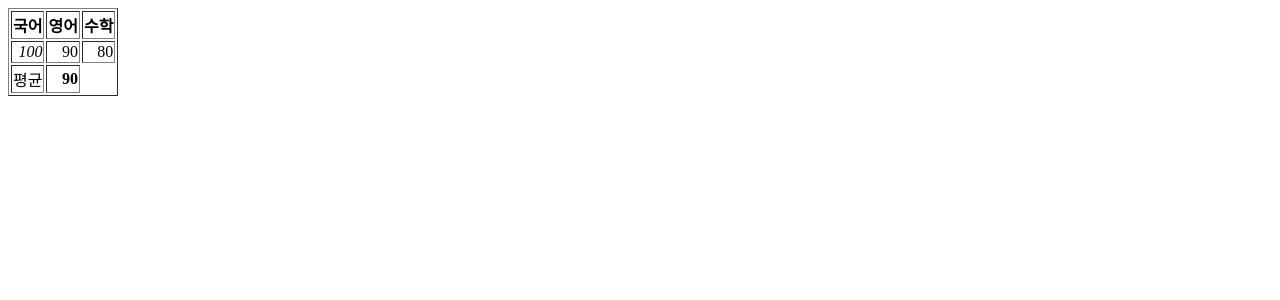
Repository: HyeogDo/Study_Java
Page: JSP/HTML/src/main/webapp/Lec03.html
The author's editor kept a copy of each file at every save. The page is drawn from the files as they stood at one save, then again after the next save.
The browser window is 1280 px wide. The pictures show the whole page.

Above is the page before, as saved 2022-03-15 02:23:29.

### JSP/HTML/src/main/webapp/Lec03.html
<!DOCTYPE html>
	<html>
	<head>
		<meta charset="UTF-8">
		<title>Table Tag</title>

	</head>
	<body>
		<table border="1">
			<tr align="center">
				<th>국어</th>
				<th>영어</th>
				<th>수학</th>
			</tr>
			<tr>
				<td align="right"><i>100</i></td>
				<td align="right">90</td>
				<td align="right">80</td>
			</tr>
			<tr>
				<td>평균</td>
				<td align="right"><b>90</b></td>
			</tr>

		</table>
	</body>
</html>

After the next save:
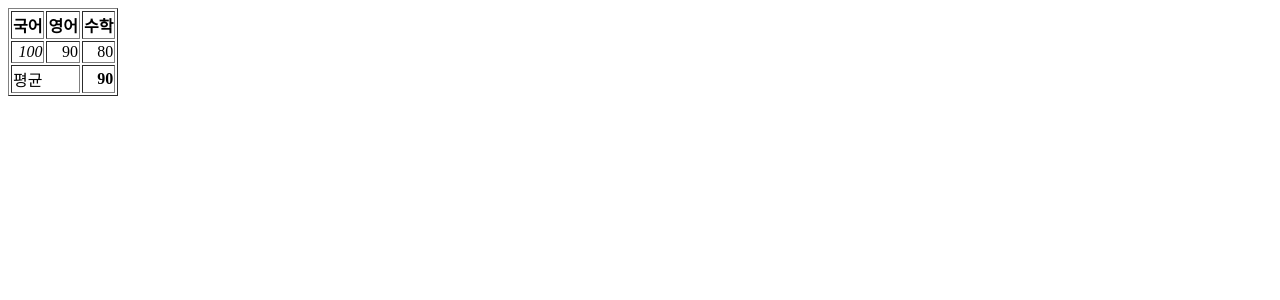
Saved 50 s later.
--- a/JSP/HTML/src/main/webapp/Lec03.html
+++ b/JSP/HTML/src/main/webapp/Lec03.html
@@ -18,7 +18,7 @@
 				<td align="right">80</td>
 			</tr>
 			<tr>
-				<td>평균</td>
+				<td colspan="2">평균</td>
 				<td align="right"><b>90</b></td>
 			</tr>
 
